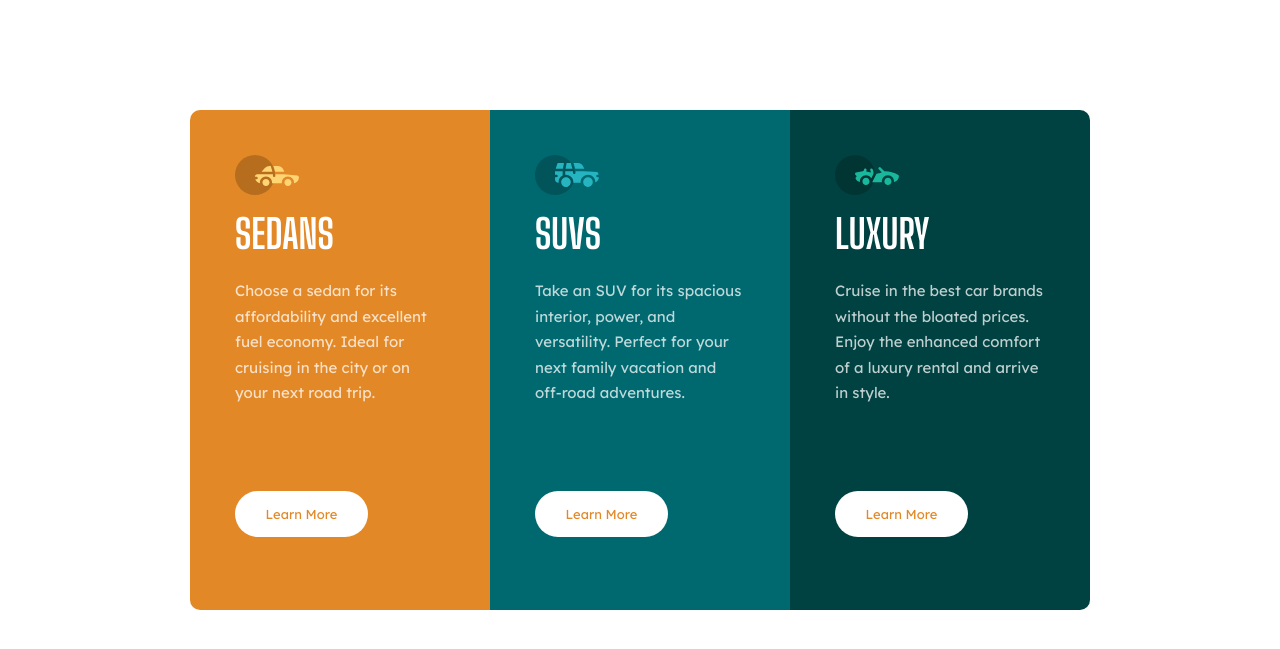
Repository: KamoliddinGIT/column-preview-card
Page: index.html
These files come from the project's save history. The page is drawn as it stood at one moment and after the next save; the edit follows.
The browser window is 1280 px wide. The pictures show the whole page.

Above is the page before, as saved 2023-09-15 16:42:41.

After the next save:
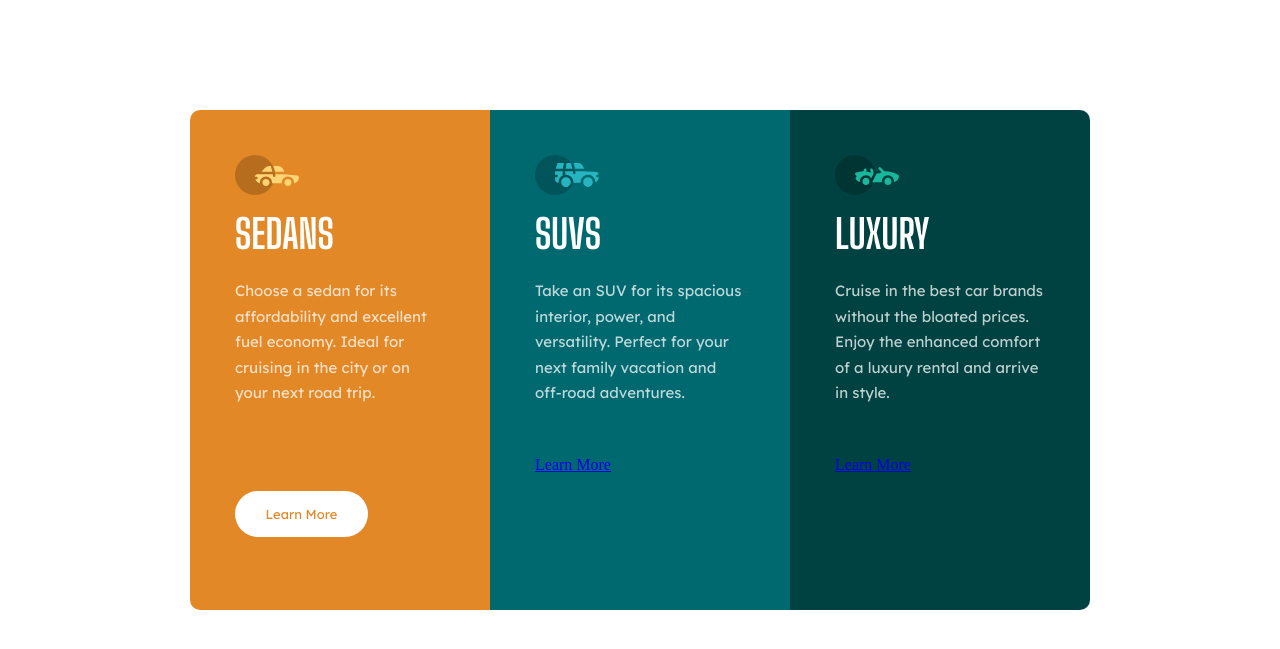
Saved 17 s later.
--- a/css/style.css
+++ b/css/style.css
@@ -73,7 +73,7 @@ body {
   line-height: 1.7;
 }
 
-.card a {
+.card__1 a {
   display: flex;
   justify-content: center;
   align-items: center;
@@ -88,7 +88,7 @@ body {
   padding: 15px 10px;
 }
 
-.card a:hover {
+.card__1 a:hover {
   font-size: 13px;
   display: flex;
   justify-content: center;
